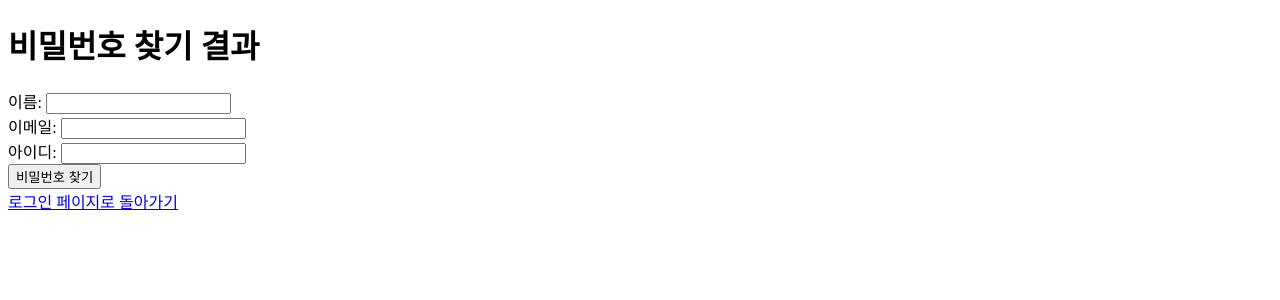
Repository: 0823-01/MonoLiving
Page: http://localhost/shoppingMall/views/member/findPasswordResult.jsp
An editor plug-in stored every save of this project. The page is shown before and after the next save, followed by the edit.
The browser window is 1280 px wide. The pictures show the whole page.
The page is served by Tomcat 9.

Above is the page before, as saved 2024-10-28 04:58:40.

After the next save:
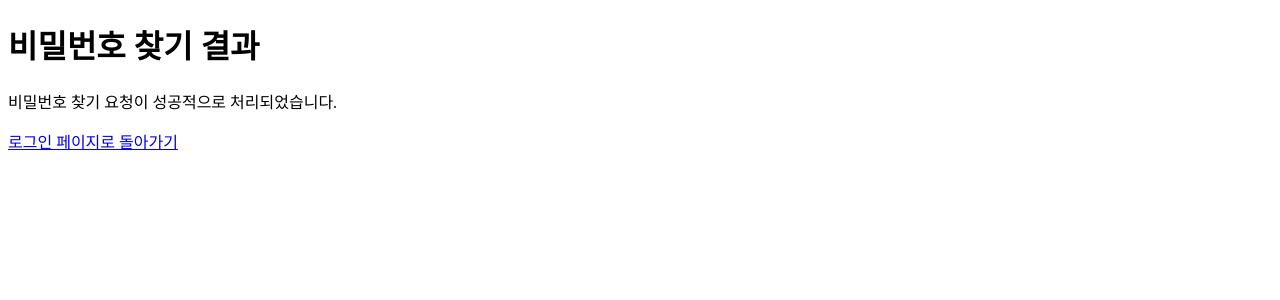
Saved 25 s later.
--- a/shoppingMall/src/main/webapp/views/member/findPasswordResult.jsp
+++ b/shoppingMall/src/main/webapp/views/member/findPasswordResult.jsp
@@ -1,58 +1,23 @@
-<%@ page language="java" contentType="text/html; charset=UTF-8" pageEncoding="UTF-8" %>
+<%@ page language="java" contentType="text/html; charset=UTF-8"
+    pageEncoding="UTF-8"%>
 <!DOCTYPE html>
 <html>
 <head>
     <meta charset="UTF-8">
     <title>비밀번호 찾기 결과</title>
-    <script src="https://code.jquery.com/jquery-3.6.0.min.js"></script>
-    <script>
-        $(document).ready(function() {
-            $('#findPasswordButton').on('click', function(e) {
-                e.preventDefault();
-
-                var userName = $('#userName').val();
-                var email = $('#email').val();
-                var userId = $('#userId').val();
-
-                $.ajax({
-                    url: '<%= request.getContextPath() %>/pwReset.pw',
-                    type: 'GET',
-                    data: {
-                        userName: userName,
-                        email: email,
-                        userId: userId
-                    },
-                    success: function(response) {
-                        if (response.status === 'success') {
-                            $('#resultMessage').html(`<p>비밀번호: ${response.message}</p>`);
-                        } else {
-                            $('#resultMessage').html('<p>입력한 정보에 일치하는 비밀번호가 없습니다</p>');
-                        }
-                    },
-                    error: function(xhr, status, error) {
-                        console.error('AJAX 요청 실패:', error);
-                        $('#resultMessage').html('<p>서버 오류가 발생했습니다. 다시 시도해 주세요.</p>');
-                    }
-                });
-            });
-        });
-    </script>
 </head>
 <body>
     <h1>비밀번호 찾기 결과</h1>
-    <form id="findPasswordForm">
-        <label for="userName">이름:</label>
-        <input type="text" id="userName" name="userName" required><br>
-        <label for="email">이메일:</label>
-        <input type="email" id="email" name="email" required><br>
-        <label for="userId">아이디:</label>
-        <input type="text" id="userId" name="userId" required><br>
-        <button id="findPasswordButton">비밀번호 찾기</button>
-    </form>
+    <%
+        String message = (String) request.getAttribute("message");
+        if (message != null) {
+    %>
 
-    <!-- 비밀번호 찾기 결과가 표시될 영역 -->
-    <div id="resultMessage"></div>
-
+        <p>비밀번호: <%= message %></p>
+    <%
+        }
+    %>
+    <p>비밀번호 찾기 요청이 성공적으로 처리되었습니다.</p>
     <a href="<%= request.getContextPath() %>/login.jsp">로그인 페이지로 돌아가기</a>
 </body>
 </html>
